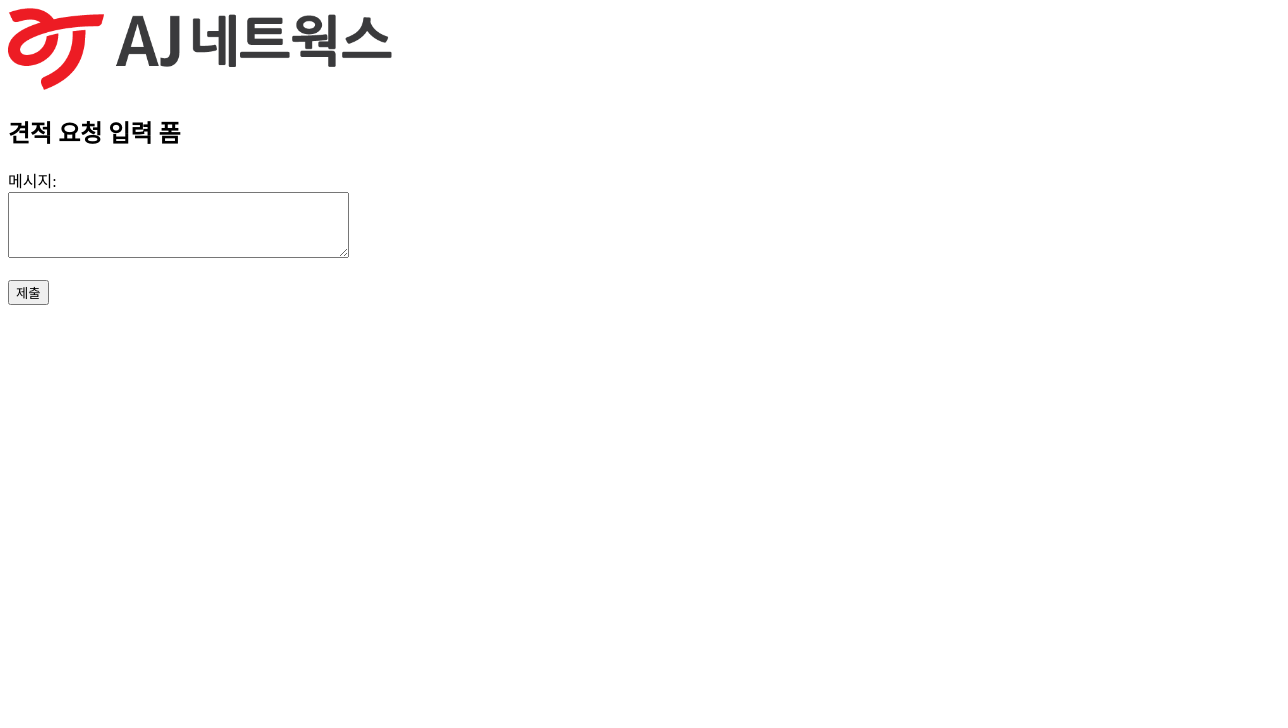
Repository: deul428/logis_test
Page: index.html
An editor plug-in stored every save of this project. The page is shown before and after the next save, followed by the edit.
The browser window is 1280 px wide. The page is 1288 px wide, so the pictures cover 1288 px, including what lies to the right of the window. The pictures show the whole page.

Above is the page before, as saved 2025-09-16 16:22:50.

### index.html
<!DOCTYPE html>
<!--
📋 견적 요청 입력 가이드
업체명: [회사명]
지역: [납품지역]
요청사항: [납기, 샘플 등 요청사항]1
1. 상품: / 규격: / 사용량: [월 예상 사용량] / 사용금액: [월 예상 사용금액] / 인쇄: [O/X]
2. 상품: / 규격: / 사용량: [월 예상 사용량] / 사용금액: [월 예상 사용금액] / 인쇄: [O/X]
3. 상품: / 규격: / 사용량: [월 예상 사용량] / 사용금액: [월 예상 사용금액] / 인쇄: [O/X]
⚠️ 입력 주의사항
1. 번호 표기 필수
　- 상품/규격별 정보는 반드시 1., 2., 3. 번호를 붙여 구분합니다.
2. 상품명 표기
　- 동일 상품 + 여러 규격 → 상품:은 한 번만 쓰고, 아래에 규격을 나열해도 가능
　- 서로 다른 상품 → 각 번호마다 반드시 개별 상품:을 함께 작성
3. 필수/선택 항목
　- 업체명, 지역, 상품은 필수
　- 규격, 사용량, 사용금액, 인쇄, 요청사항 등은 선택 (없는 값은 생략 가능) -->
<html lang="ko">
  <head>
    <meta charset="UTF-8" />
    <title>견적 요청 입력 폼</title>
    <style>
      html,
      body {
        width: 100dvw;
        height: 100dvh;
        overflow: hidden;
      }
      .wrap {
        width: 100%;
        height: 100%;
      }
      .ci {
        width: 30dvw;
      }
    </style>
  </head>
  <body>
    <div class="wrap">
      <div class="cntnt_box">
        <img class="ci" src="./src/aj_ci.png" />
        <h2>견적 요청 입력 폼</h2>
        <form
          action="https://script.google.com/macros/s/AKfycbyESb1KUxhOgQ5UTyN0MpZ60M58zPHeCYOO1GqmPEVj-nxr4UC2_Zn-7jsWHzjFgWuW/exec"
          method="post"
        >
          <label>메시지:</label><br />
          <textarea name="message" rows="4" cols="40"></textarea><br /><br />
          <button type="submit">제출</button>
        </form>
      </div>
    </div>
  </body>
</html>

After the next save:
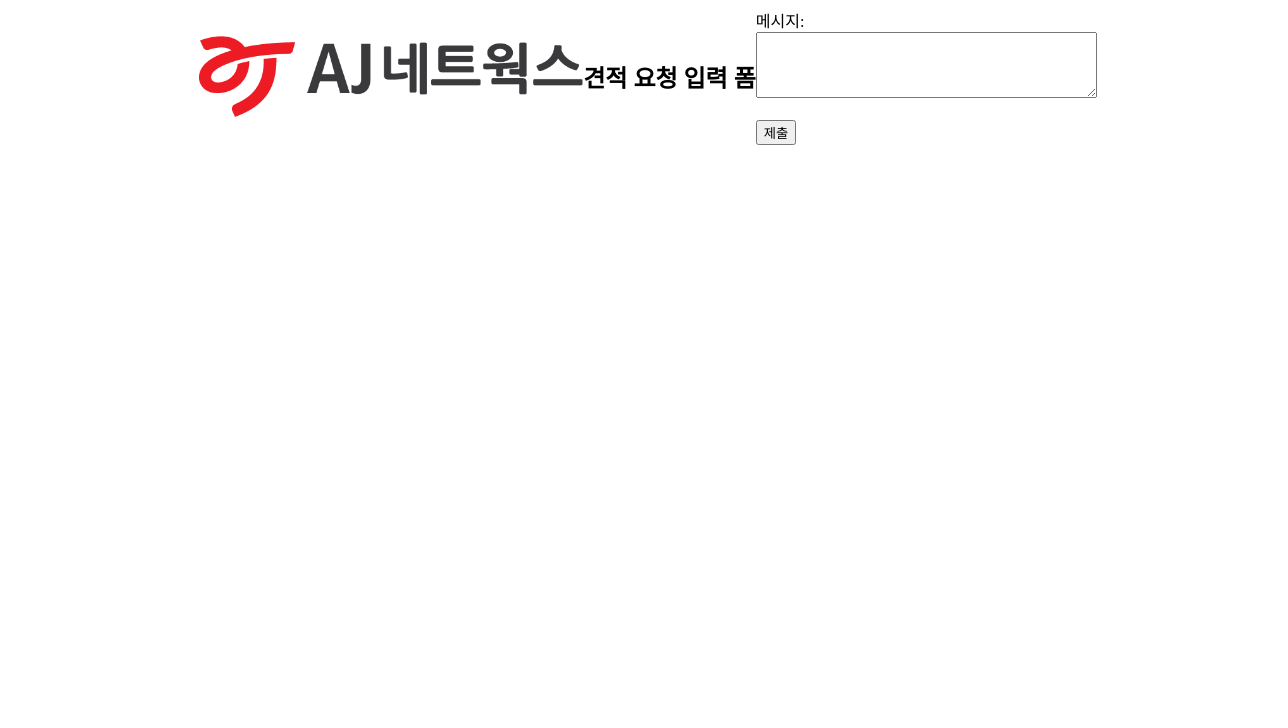
Saved 18 s later.
--- a/index.html
+++ b/index.html
@@ -31,6 +31,12 @@
         width: 100%;
         height: 100%;
       }
+      .cntnt_box {
+        width: 100%;
+        display: flex;
+        justify-content: center;
+        align-items: center;
+      }
       .ci {
         width: 30dvw;
       }
